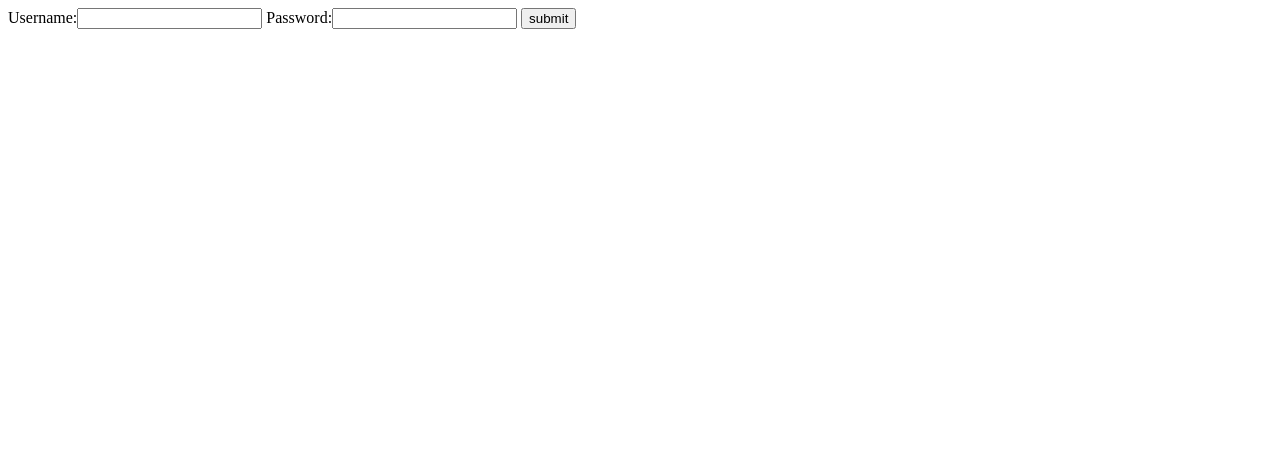
Repository: apoorvelec/WebApps
Page: Calculator/WebContent/Login.html
The author's editor kept a copy of each file at every save. The page is drawn from the files as they stood at one save, then again after the next save.
The browser window is 1280 px wide. The pictures show the whole page.

Above is the page before, as saved 2016-05-26 00:17:38.

### Calculator/WebContent/Login.html
<!DOCTYPE html PUBLIC "-//W3C//DTD HTML 4.01 Transitional//EN" "http://www.w3.org/TR/html4/loose.dtd">
<html>
<head>
<meta http-equiv="Content-Type" content="text/html; charset=ISO-8859-1">
<title>Please Login!</title>
</head>
<body>
<form action="Calculator">
	Username:<input type="text" name="username">
	Password:<input type="text" name="password">
	<input type="submit" value="submit">
</form>
</body>
</html>

After the next save:
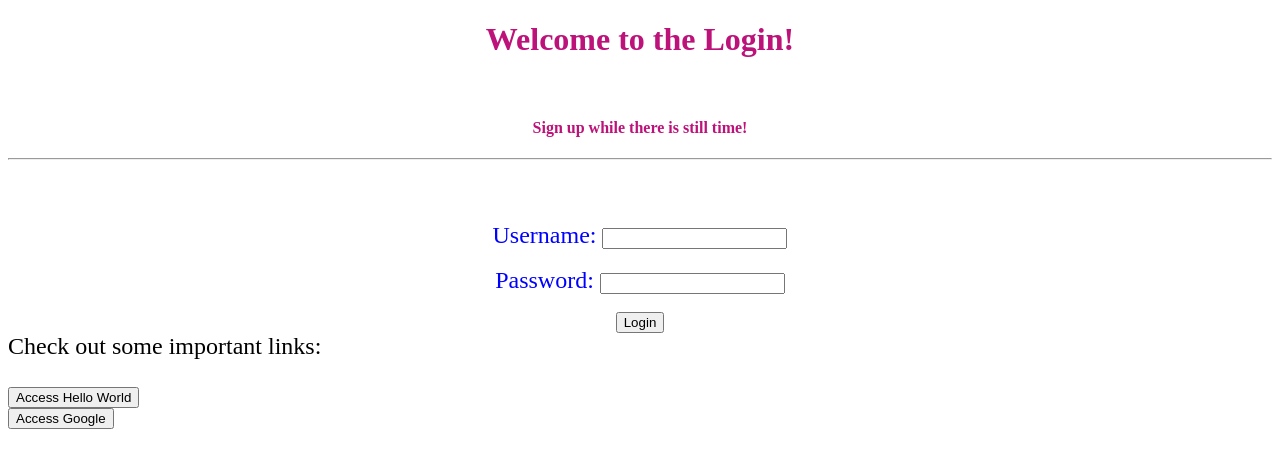
Not found: Calculator/WebContent/LoginBack.jpg
Saved 3 min 16 s later.
--- a/Calculator/WebContent/Login.html
+++ b/Calculator/WebContent/Login.html
@@ -1,14 +1,39 @@
 <!DOCTYPE html PUBLIC "-//W3C//DTD HTML 4.01 Transitional//EN" "http://www.w3.org/TR/html4/loose.dtd">
 <html>
 <head>
-<meta http-equiv="Content-Type" content="text/html; charset=ISO-8859-1">
-<title>Please Login!</title>
+<title>Welcome to Login</title>
+<meta http-equiv="refresh" content="5" />
 </head>
-<body>
-<form action="Calculator">
-	Username:<input type="text" name="username">
-	Password:<input type="text" name="password">
-	<input type="submit" value="submit">
+<body style='background-image:url(LoginBack.jpg);background-size:cover'>
+
+
+<h1 align="center"><font color="BC1279">Welcome to the Login!</font></h1><br />
+<h4 align="center"><font color="BC1279"> Sign up while there is still time!</font></h4>
+<hr />
+<br />
+<br />
+<br />
+<div align="center" >
+<form>
+<font color="0000FF" size="5">Username: </font><input type="text" name="Username"><br />
+<br />
+<font color="0000FF" size="5">Password: </font><input type="text" name="Password"><br />
+<br />
+<input type="submit" value="Login">
 </form>
+</div>
+
+<div align="left" valign="bottom">
+<font color="black" size="5">
+Check out some important links: <br /><br />
+<form action="HelloWorld.html">
+<input type="submit" value="Access Hello World">
+</form>
+<form action="http://google.com">
+<input type="submit" value="Access Google">
+</form>
+</font>
+</div>
+
 </body>
 </html>

After the 2 saves that followed:
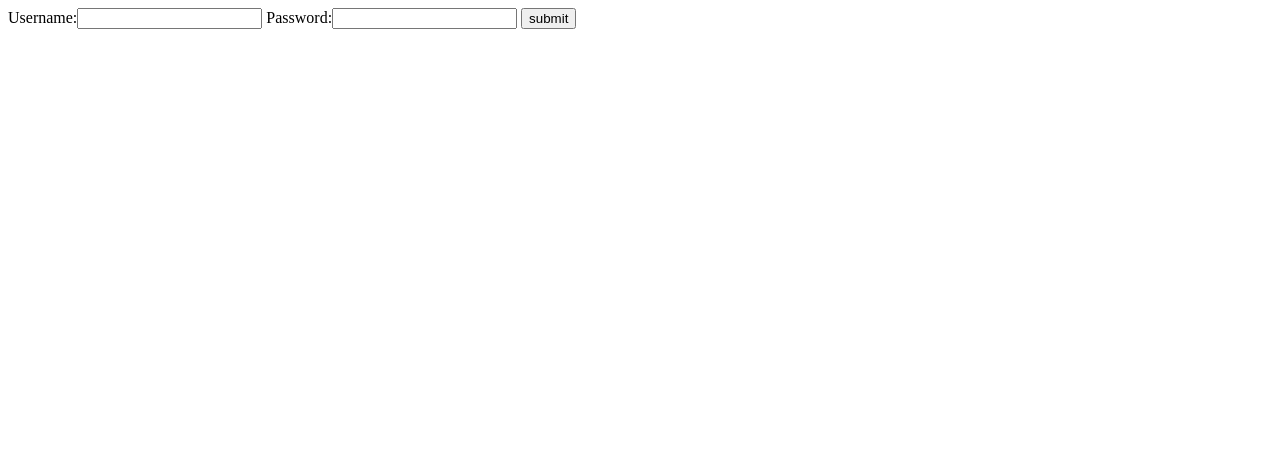
The 2 saves are shown as one change because 1 left the picture as it was.
The last was saved 2 min 9 s later.
--- a/Calculator/WebContent/Login.html
+++ b/Calculator/WebContent/Login.html
@@ -1,39 +1,14 @@
 <!DOCTYPE html PUBLIC "-//W3C//DTD HTML 4.01 Transitional//EN" "http://www.w3.org/TR/html4/loose.dtd">
 <html>
 <head>
-<title>Welcome to Login</title>
-<meta http-equiv="refresh" content="5" />
+<meta http-equiv="Content-Type" content="text/html; charset=ISO-8859-1">
+<title>Please Login!</title>
 </head>
-<body style='background-image:url(LoginBack.jpg);background-size:cover'>
-
-
-<h1 align="center"><font color="BC1279">Welcome to the Login!</font></h1><br />
-<h4 align="center"><font color="BC1279"> Sign up while there is still time!</font></h4>
-<hr />
-<br />
-<br />
-<br />
-<div align="center" >
-<form>
-<font color="0000FF" size="5">Username: </font><input type="text" name="Username"><br />
-<br />
-<font color="0000FF" size="5">Password: </font><input type="text" name="Password"><br />
-<br />
-<input type="submit" value="Login">
+<body>
+<form action="Calculator">
+	Username:<input type="text" name="username">
+	Password:<input type="text" name="password">
+	<input type="submit" value="submit">
 </form>
-</div>
-
-<div align="left" valign="bottom">
-<font color="black" size="5">
-Check out some important links: <br /><br />
-<form action="HelloWorld.html">
-<input type="submit" value="Access Hello World">
-</form>
-<form action="http://google.com">
-<input type="submit" value="Access Google">
-</form>
-</font>
-</div>
-
 </body>
 </html>
